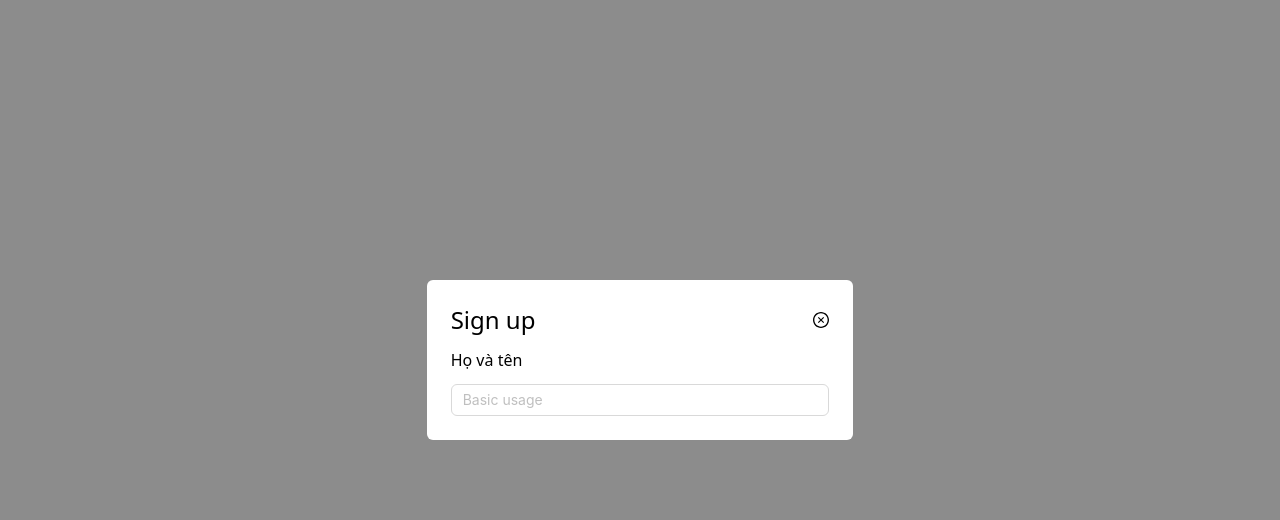
Repository: TinhTT336/MD02_Session14
Page: / (app in client/)
These files come from the project's save history. The page is drawn as it stood at one moment and after the next save; the edit follows.
The browser window is 1280 px wide. The pictures show the whole page.
The project was rebuilt for these pictures with package versions that can differ from the ones it lists, and the page was loaded fresh each time. Also part of the build but not shown: client/vite.config.js, client/src/firebase/configFirebase.js, client/src/components/UploadSingleFile.jsx, client/src/components/register/register.css, client/src/components/register/Register.jsx, client/src/components/register/RegisterWithImg.jsx.

Above is the page before, as saved 2023-09-14 14:13:42.

After the next save:
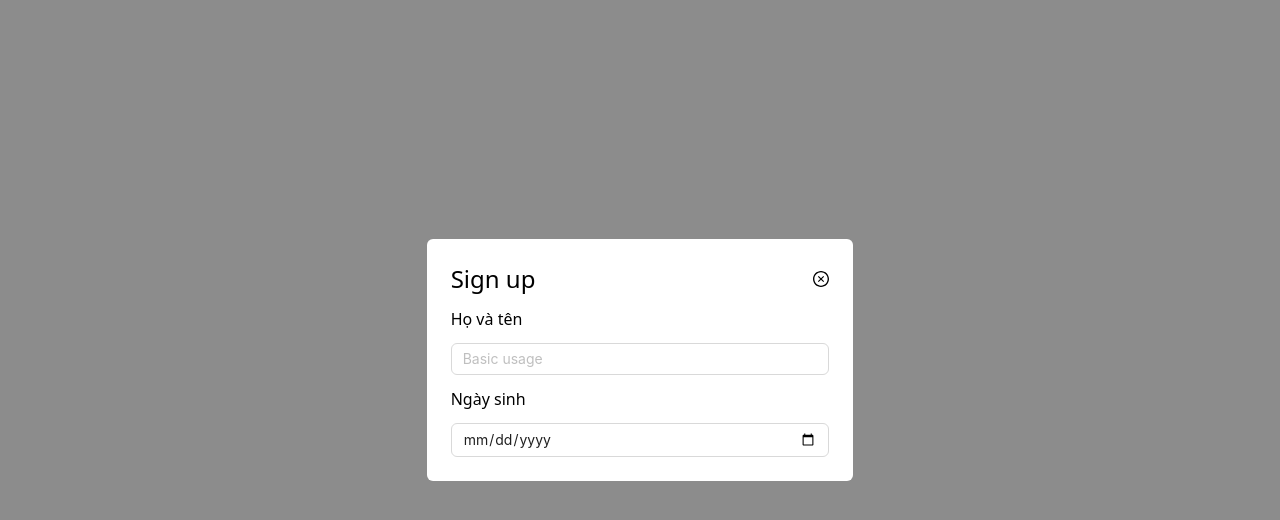
Saved 25 s later.
--- a/client/src/components/signup/Signup.jsx
+++ b/client/src/components/signup/Signup.jsx
@@ -15,6 +15,10 @@ export default function Signup() {
                         <label htmlFor="name">Họ và tên</label>
                         <Input placeholder="Basic usage" className='mt-3' name='name' id='name' />
                     </div>
+                    <div className='mt-3'>
+                        <label htmlFor="name">Ngày sinh</label>
+                        <Input placeholder="Basic usage" className='mt-3' name='name' id='name' type='date' />
+                    </div>
                 </form>
             </div>
 
